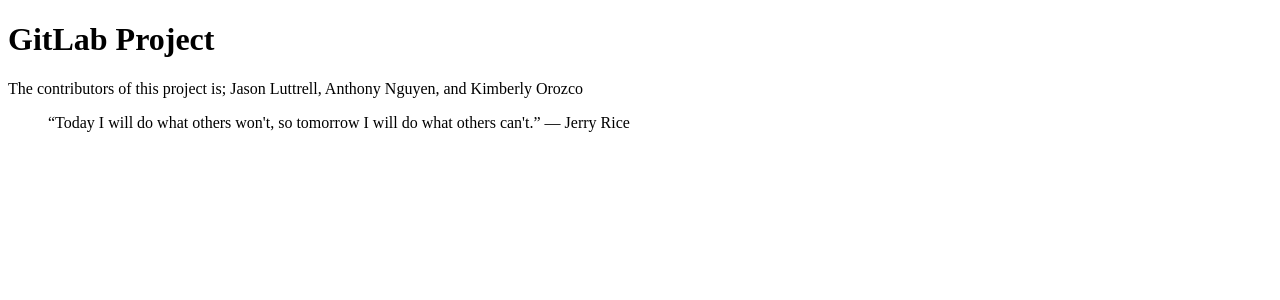
Repository: Aquinastine/GitLab
Page: index.html
The author's editor kept a copy of each file at every save. The page is drawn from the files as they stood at one save, then again after the next save.
The browser window is 1280 px wide. The pictures show the whole page.

Above is the page before, as saved 2025-11-07 11:14:31.

After the next save:
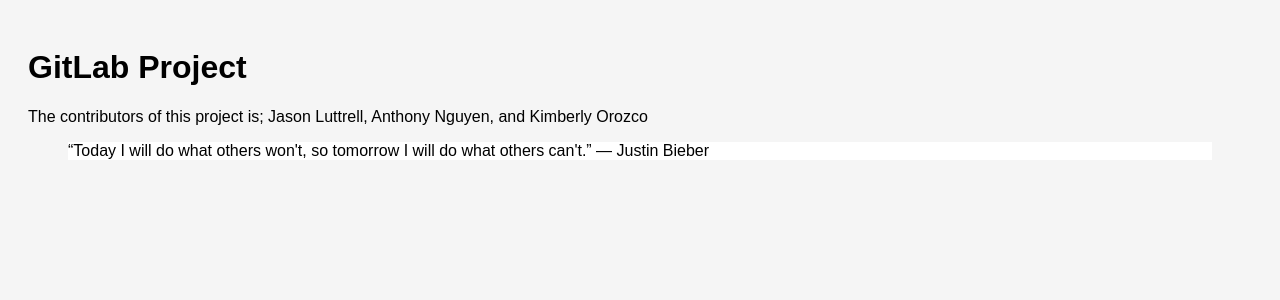
Saved 20 h 29 min later.
--- a/index.html
+++ b/index.html
@@ -3,6 +3,7 @@
 <head>
     <meta charset="UTF-8">
     <title> GitLab Project </title>
+    <link rel="stylesheet" href="style.css">
 </head>
 <body>
     <h1> GitLab Project </h1>
@@ -11,7 +12,7 @@
     <blockquote>
 
         “Today I will do what others won't, so tomorrow I will do what others can't.”
-        ― Jerry Rice
+        ― Justin Bieber
 
     </blockquote>
 
